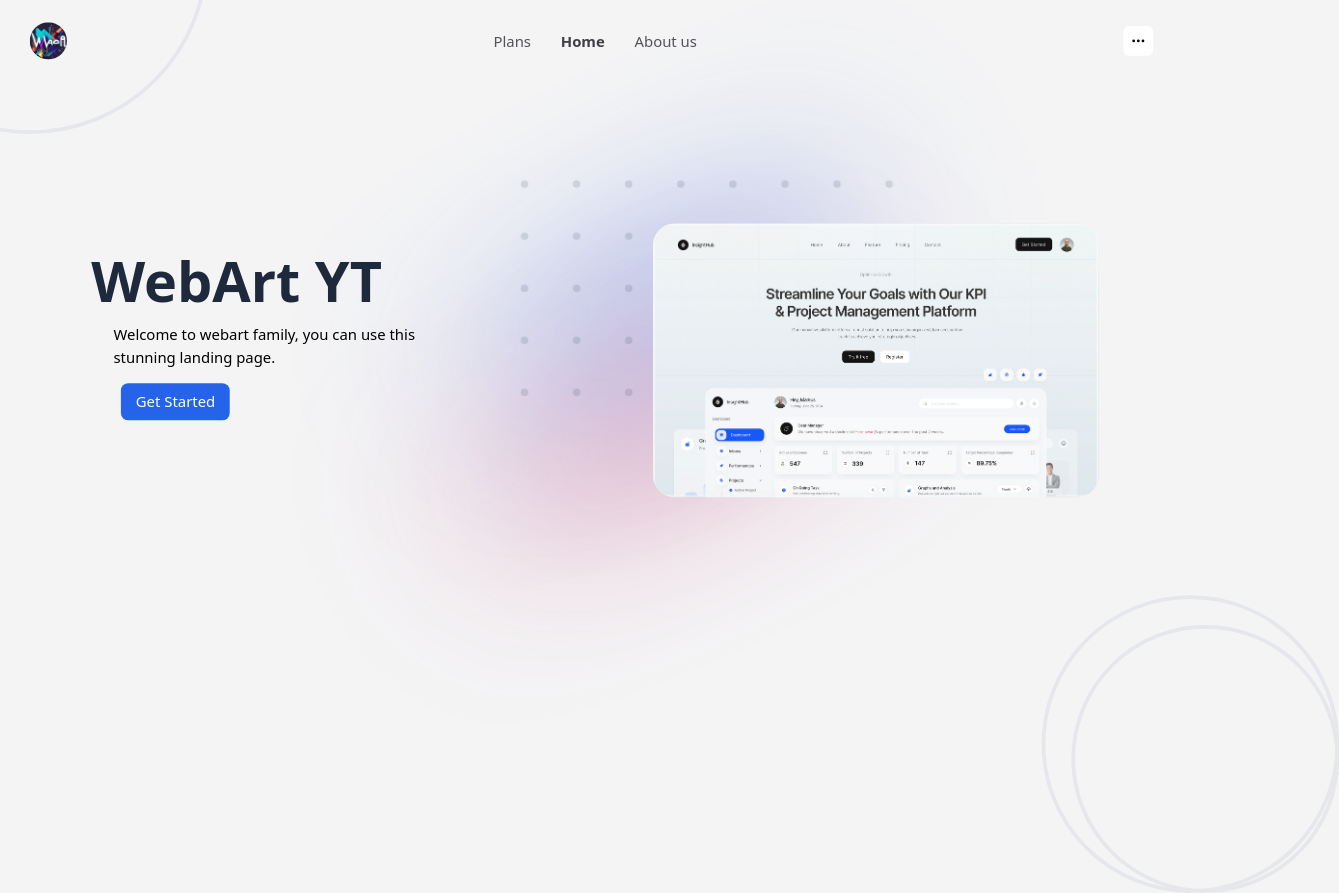
Repository: 30namp/youtube-web-art-code
Page: stunning landing page 1/index.html
These files come from the project's save history. The page is drawn as it stood at one moment and after the next save; the edit follows.
The browser window is 1280 px wide. The page is 1440 px wide, so the pictures cover 1440 px, including what lies to the right of the window. The pictures show the whole page, at 93% of full size.

Above is the page before, as saved 2024-09-26 21:27:04.

### stunning landing page 1/index.html
<!DOCTYPE html>
<html lang="en">
  <head>
    <meta charset="UTF-8" />
    <meta name="viewport" content="width=device-width, initial-scale=1.0" />
    <title>WebArt Design</title>
    <script src="./tailwindcss.min.js"></script>
  </head>
  <body class="h-screen bg-zinc-100 overflow-hidden">
    <div
      class="absolute right-[25%] top-[60%] h-12 w-[30rem] rounded-[100%] rotate-[-25deg] bg-pink-700 blur-[6rem]"
    ></div>
    <div
      class="absolute right-[25%] top-[40%] h-12 w-[30rem] rounded-[100%] rotate-[-25deg] bg-blue-700 blur-[6rem]"
    ></div>
    <div
      class="grid grid-cols-8 gap-12 absolute right-[25%] top-[27%] animate-pulse"
    >
      <div class="rounded-full bg-slate-700/30 size-2 shadow-lg"></div>
      <div class="rounded-full bg-slate-700/30 size-2 shadow-lg"></div>
      <div class="rounded-full bg-slate-700/30 size-2 shadow-lg"></div>
      <div class="rounded-full bg-slate-700/30 size-2 shadow-lg"></div>
      <div class="rounded-full bg-slate-700/30 size-2 shadow-lg"></div>
      <div class="rounded-full bg-slate-700/30 size-2 shadow-lg"></div>
      <div class="rounded-full bg-slate-700/30 size-2 shadow-lg"></div>
      <div class="rounded-full bg-slate-700/30 size-2 shadow-lg"></div>
      <div class="rounded-full bg-slate-700/30 size-2 shadow-lg"></div>
      <div class="rounded-full bg-slate-700/30 size-2 shadow-lg"></div>
      <div class="rounded-full bg-slate-700/30 size-2 shadow-lg"></div>
      <div class="rounded-full bg-slate-700/30 size-2 shadow-lg"></div>
      <div class="rounded-full bg-slate-700/30 size-2 shadow-lg"></div>
      <div class="rounded-full bg-slate-700/30 size-2 shadow-lg"></div>
      <div class="rounded-full bg-slate-700/30 size-2 shadow-lg"></div>
      <div class="rounded-full bg-slate-700/30 size-2 shadow-lg"></div>
      <div class="rounded-full bg-slate-700/30 size-2 shadow-lg"></div>
      <div class="rounded-full bg-slate-700/30 size-2 shadow-lg"></div>
      <div class="rounded-full bg-slate-700/30 size-2 shadow-lg"></div>
      <div class="rounded-full bg-slate-700/30 size-2 shadow-lg"></div>
      <div class="rounded-full bg-slate-700/30 size-2 shadow-lg"></div>
      <div class="rounded-full bg-slate-700/30 size-2 shadow-lg"></div>
      <div class="rounded-full bg-slate-700/30 size-2 shadow-lg"></div>
      <div class="rounded-full bg-slate-700/30 size-2 shadow-lg"></div>
      <div class="rounded-full bg-slate-700/30 size-2 shadow-lg"></div>
      <div class="rounded-full bg-slate-700/30 size-2 shadow-lg"></div>
      <div class="rounded-full bg-slate-700/30 size-2 shadow-lg"></div>
      <div class="rounded-full bg-slate-700/30 size-2 shadow-lg"></div>
      <div class="rounded-full bg-slate-700/30 size-2 shadow-lg"></div>
      <div class="rounded-full bg-slate-700/30 size-2 shadow-lg"></div>
      <div class="rounded-full bg-slate-700/30 size-2 shadow-lg"></div>
      <div class="rounded-full bg-slate-700/30 size-2 shadow-lg"></div>
      <div class="rounded-full bg-slate-700/30 size-2 shadow-lg"></div>
      <div class="rounded-full bg-slate-700/30 size-2 shadow-lg"></div>
      <div class="rounded-full bg-slate-700/30 size-2 shadow-lg"></div>
      <div class="rounded-full bg-slate-700/30 size-2 shadow-lg"></div>
      <div class="rounded-full bg-slate-700/30 size-2 shadow-lg"></div>
      <div class="rounded-full bg-slate-700/30 size-2 shadow-lg"></div>
      <div class="rounded-full bg-slate-700/30 size-2 shadow-lg"></div>
      <div class="rounded-full bg-slate-700/30 size-2 shadow-lg"></div>
    </div>

    <div
      class="circle size-96 rounded-full border-4 absolute -top-60 -left-40"
    ></div>
    <div
      class="circle size-80 rounded-full border-4 absolute -bottom-60 -right-40"
    ></div>
    <div
      class="circle size-72 rounded-full border-4 absolute -bottom-60 -right-40"
    ></div>

    <!-- navbar -->
    <nav
      class="z-10 absolute top-0 left-0 right-0 flex justify-center items-center py-8 px-8"
    >
      <a href="/" class="absolute left-0 px-8">
        <img class="size-10 rounded-full" src="./assets/img/logo.jpg" alt="" />
      </a>

      <div class="options flex items-center gap-8">
        <a class="text-zinc-600" href="#">Plans</a>
        <a class="text-zinc-700 font-semibold" href="#">Home</a>
        <a class="text-zinc-600" href="#">About us</a>
      </div>

      <button
        class="absolute p-2 bg-white rounded-md right-0 mx-10 hover:scale-105 active:scale-100 transition"
      >
        <svg
          xmlns="http://www.w3.org/2000/svg"
          width="16"
          height="16"
          fill="currentColor"
          class="bi bi-three-dots"
          viewBox="0 0 16 16"
        >
          <path
            d="M3 9.5a1.5 1.5 0 1 1 0-3 1.5 1.5 0 0 1 0 3m5 0a1.5 1.5 0 1 1 0-3 1.5 1.5 0 0 1 0 3m5 0a1.5 1.5 0 1 1 0-3 1.5 1.5 0 0 1 0 3"
          />
        </svg>
      </button>
    </nav>

    <!-- hero section -->
    <div class="hero-section relative pt-60 flex justify-around items-start">
      <div class="content flex flex-col items-start gap-4 pt-8">
        <h1 class="text-6xl font-bold text-slate-800">WebArt YT</h1>
        <p class="description w-96 ml-6">
          Welcome to webart family, you can use this stunning landing page.
        </p>
        <button
          class="ml-8 px-4 py-2 rounded-lg bg-blue-600 text-white hover:scale-105 active:scale-100 transition"
        >
          Get Started
        </button>
      </div>
      <img class="w-[30rem] rounded-3xl" src="./assets/img/img.png" alt="" />
    </div>
  </body>
</html>

Loaded but not shown: stunning landing page 1/tailwindcss.min.js (library)

After the next save:
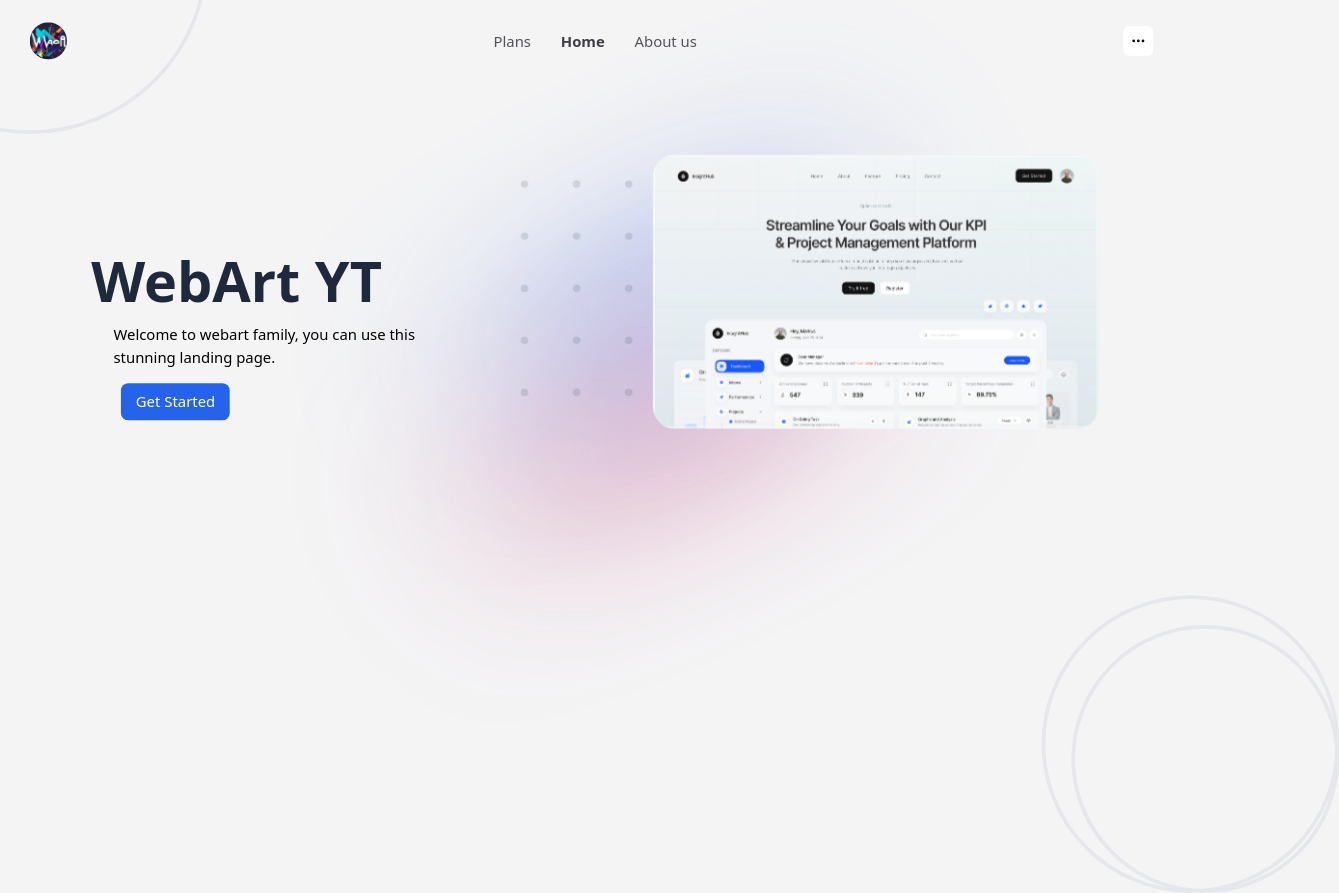
Saved 36 s later.
--- a/stunning landing page 1/index.html
+++ b/stunning landing page 1/index.html
@@ -113,7 +113,11 @@
           Get Started
         </button>
       </div>
-      <img class="w-[30rem] rounded-3xl" src="./assets/img/img.png" alt="" />
+      <img
+        class="w-[30rem] rounded-3xl animate-bounce"
+        src="./assets/img/img.png"
+        alt=""
+      />
     </div>
   </body>
 </html>

After the save that followed:
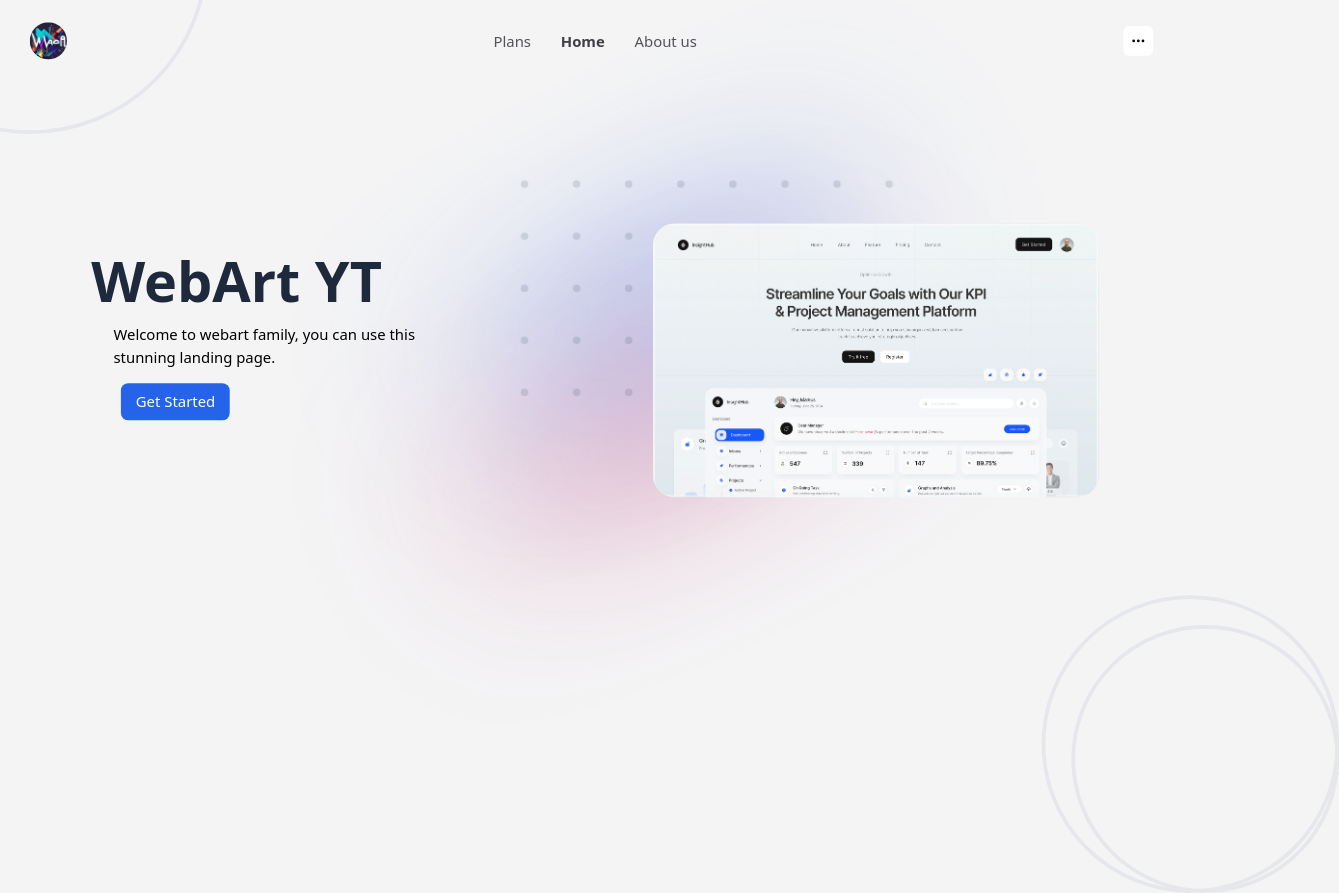
Saved 9 s later.
--- a/stunning landing page 1/index.html
+++ b/stunning landing page 1/index.html
@@ -113,11 +113,7 @@
           Get Started
         </button>
       </div>
-      <img
-        class="w-[30rem] rounded-3xl animate-bounce"
-        src="./assets/img/img.png"
-        alt=""
-      />
+      <img class="w-[30rem] rounded-3xl" src="./assets/img/img.png" alt="" />
     </div>
   </body>
 </html>
